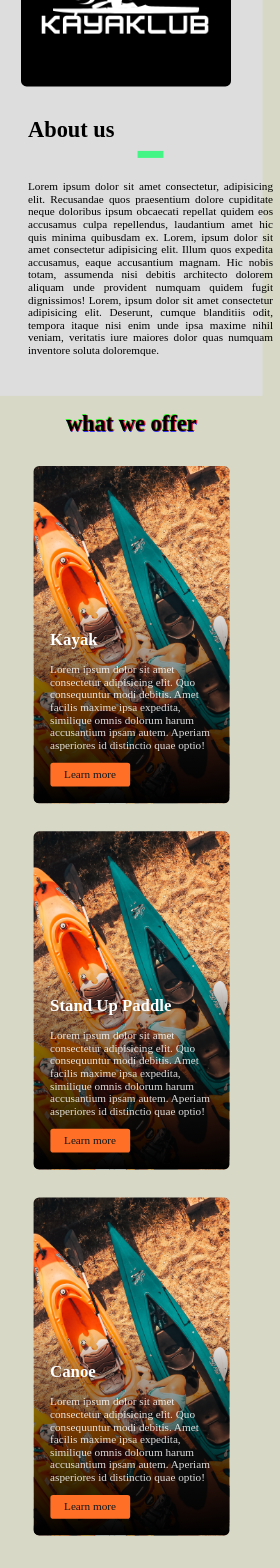
Repository: joseluis2289/Responsive-club-website
Page: index.html
The author's editor kept a copy of each file at every save. The page is drawn from the files as they stood at one save, then again after the next save.
The browser window is 375 px wide. The page is 400 px wide, so the pictures cover 400 px, including what lies to the right of the window. The pictures show the part of the page from y = 1261 to 3501 px (the page is 5266 px tall before and 5246 px after), at 70% of full size.
Some web fonts or font styles are not loaded; a fallback is used.

Above is the page before, as saved 2021-08-25 11:03:14.

### index.html
<!DOCTYPE html>
<html lang="en">
<head>
    <meta charset="UTF-8">
    <meta http-equiv="X-UA-Compatible" content="IE=edge">
    <meta name="viewport" content="width=device-width, initial-scale=1.0">
    <link rel="stylesheet" href="style.css">
    <link rel="preconnect" href="https://fonts.googleapis.com">
<link rel="preconnect" href="https://fonts.gstatic.com" crossorigin>
<link href="https://fonts.googleapis.com/css2?family=Rampart+One&display=swap" rel="stylesheet">
    <script src="script.js" defer></script>
    <title>Responsive-Club-website</title>
</head>
<body>

    <nav class="navbar">
        <!-- hamburger toggle -->
        <div class="brand-title">kayaklub</div>
        <a href="#" class="toggle-button">
            <span class="bar"></span>
            <span class="bar"></span>
            <span class="bar"></span>
        </a>

        <div class="nav-links">
            <ul>
                <li><a href="#">Home</a></li>
                <li><a href="#">About</a></li>
                <li><a href="#">Contact</a></li>
            </ul>
        </div>
    </nav>
<div class="banner"></div>

<section class="welcome">
    <h1 class="discover-title">Discover the city of Leipzig</h1>
    <p class="p-discover">Discover the "water city of Leipzig". No matter whether by paddle <strong>or canoe or rowing boat.</strong>The city and its surroundings are among the most beautiful paddling areas in Saxony. Leipzig offers an incomparable combination of urban flair, unique Wilhelminian style architecture Unesco World Heritage Site and natural paradise Leipzig floodplain forest. Overall, the city has almost 300 km of extensive river and canal landscape.</p>

</section>

<!-- about us section -->
<div class="grid-container-about">
    <!-- <img class="grid-item-img" src="./Cosmetics Discount Sale Landscape Banner.png" alt="about"> -->
    <div class="logo"></div>
    <div class="grid-item-text"><h1><a class="aboutUs-title" href="#">About us</a></h1><p class="aboutUs-text"> Lorem ipsum dolor sit amet consectetur, adipisicing elit. Recusandae quos praesentium dolore cupiditate neque doloribus ipsum obcaecati repellat quidem eos accusamus culpa repellendus, laudantium amet hic quis minima quibusdam ex. Lorem, ipsum dolor sit amet consectetur adipisicing elit. Illum quos expedita accusamus, eaque accusantium magnam. Hic nobis totam, assumenda nisi debitis architecto dolorem aliquam unde provident numquam quidem fugit dignissimos! Lorem, ipsum dolor sit amet consectetur adipisicing elit. Deserunt, cumque blanditiis odit, tempora itaque nisi enim unde ipsa maxime nihil veniam, veritatis iure maiores dolor quas numquam inventore soluta doloremque.</p></div>
</div>



<h1 class="tittle-what-we-offer">what we offer</h1>
<div class="card-container">
    <div class="card">
        <div class="card-content">
        <h2 class="card-title">Kayak</h2>
        <p class="card-body">Lorem ipsum dolor sit amet consectetur adipisicing elit. Quo consequuntur modi debitis. Amet facilis maxime ipsa expedita, similique omnis dolorum harum accusantium ipsam autem. Aperiam asperiores id distinctio quae optio!</p>
        <a href="#" class="button">Learn more</a>
    </div>
    </div>

    <div class="card">
        <div class="card-content">
        <h2 class="card-title"> Stand Up Paddle</h2>
        <p class="card-body">Lorem ipsum dolor sit amet consectetur adipisicing elit. Quo consequuntur modi debitis. Amet facilis maxime ipsa expedita, similique omnis dolorum harum accusantium ipsam autem. Aperiam asperiores id distinctio quae optio!</p>
        <a href="#" class="button">Learn more</a>
    </div>
    </div>


    <div class="card">
        <div class="card-content">
        <h2 class="card-title">Canoe</h2>
        <p class="card-body">Lorem ipsum dolor sit amet consectetur adipisicing elit. Quo consequuntur modi debitis. Amet facilis maxime ipsa expedita, similique omnis dolorum harum accusantium ipsam autem. Aperiam asperiores id distinctio quae optio!</p>
        <a href="#" class="button">Learn more</a>
    </div>
    </div>

</div>

<section class="register">
    <form id="register" action="#">
        <h2 class="register-title">Join us now!</h2>
        <label for="first-name">First-name:</label>
        <br/>
        <input type="text" name="first-name" id='name' placeholder="Enter your name">
        <br/>
        <label for="last-name">Last-name:</label>
        <br/>
        <input type="text" name="last-name" id="name" placeholder="Enter your last name">
        <br/>
        <label for="email">Email:</label>
        <br/>
        <input type="text" name="email" id="name" placeholder="Enter your email">
        <br/>&nbsp;
        <br/> <br/>
    <input type="submit" value="submit" name="submit" id="submit">
    </form>
</section>

<footer class="footer">
    <div class="footer-sections">
        <div class="company">
            <ul>
                <h1 class="company-title">Company</h1>
                <li><a href="#">About Us</a></li>
                <li><a href="#">Privacy policy</a></li>
                <li><a href="#">Affiliate program</a></li>
            </ul>
        </div>
        <div class="get-help">
            <h1 class="help-title">Get Help</h1>
            <ul>
                <li><a href="#">FAQ</a></li>
                <li><a href="#">Our status</a></li>
                <li><a href="#">Payment Options</a></li>
            </ul>
        </div>
        <div class="online-shop">
            <h1 class="shop-title">online-shop</h1>
            <ul >
                <li><a href="#">Watch</a></li>
                <li><a href="#">Bags</a></li>
                <li><a href="#">equitment</a></li>
            </ul>
        </div>
        <div class="follow-us">
            <h1 class="followUs-title">Follow us</h1>
            <ul class="follow-us-list">

              <li><svg xmlns="http://www.w3.org/2000/svg" width="50" height="20" fill="currentColor" class="bi bi-instagram" viewBox="0 0 16 16">
                <path d="M8 0C5.829 0 5.556.01 4.703.048 3.85.088 3.269.222 2.76.42a3.917 3.917 0 0 0-1.417.923A3.927 3.927 0 0 0 .42 2.76C.222 3.268.087 3.85.048 4.7.01 5.555 0 5.827 0 8.001c0 2.172.01 2.444.048 3.297.04.852.174 1.433.372 1.942.205.526.478.972.923 1.417.444.445.89.719 1.416.923.51.198 1.09.333 1.942.372C5.555 15.99 5.827 16 8 16s2.444-.01 3.298-.048c.851-.04 1.434-.174 1.943-.372a3.916 3.916 0 0 0 1.416-.923c.445-.445.718-.891.923-1.417.197-.509.332-1.09.372-1.942C15.99 10.445 16 10.173 16 8s-.01-2.445-.048-3.299c-.04-.851-.175-1.433-.372-1.941a3.926 3.926 0 0 0-.923-1.417A3.911 3.911 0 0 0 13.24.42c-.51-.198-1.092-.333-1.943-.372C10.443.01 10.172 0 7.998 0h.003zm-.717 1.442h.718c2.136 0 2.389.007 3.232.046.78.035 1.204.166 1.486.275.373.145.64.319.92.599.28.28.453.546.598.92.11.281.24.705.275 1.485.039.843.047 1.096.047 3.231s-.008 2.389-.047 3.232c-.035.78-.166 1.203-.275 1.485a2.47 2.47 0 0 1-.599.919c-.28.28-.546.453-.92.598-.28.11-.704.24-1.485.276-.843.038-1.096.047-3.232.047s-2.39-.009-3.233-.047c-.78-.036-1.203-.166-1.485-.276a2.478 2.478 0 0 1-.92-.598 2.48 2.48 0 0 1-.6-.92c-.109-.281-.24-.705-.275-1.485-.038-.843-.046-1.096-.046-3.233 0-2.136.008-2.388.046-3.231.036-.78.166-1.204.276-1.486.145-.373.319-.64.599-.92.28-.28.546-.453.92-.598.282-.11.705-.24 1.485-.276.738-.034 1.024-.044 2.515-.045v.002zm4.988 1.328a.96.96 0 1 0 0 1.92.96.96 0 0 0 0-1.92zm-4.27 1.122a4.109 4.109 0 1 0 0 8.217 4.109 4.109 0 0 0 0-8.217zm0 1.441a2.667 2.667 0 1 1 0 5.334 2.667 2.667 0 0 1 0-5.334z"/>
              </svg></li>
              <li>

                  <svg xmlns="http://www.w3.org/2000/svg" width="50" height="20" fill="currentColor" class="bi bi-facebook" viewBox="0 0 16 16">
                    <path d="M16 8.049c0-4.446-3.582-8.05-8-8.05C3.58 0-.002 3.603-.002 8.05c0 4.017 2.926 7.347 6.75 7.951v-5.625h-2.03V8.05H6.75V6.275c0-2.017 1.195-3.131 3.022-3.131.876 0 1.791.157 1.791.157v1.98h-1.009c-.993 0-1.303.621-1.303 1.258v1.51h2.218l-.354 2.326H9.25V16c3.824-.604 6.75-3.934 6.75-7.951z"/>
                  </svg>
              </li>
              <li>

                  <svg xmlns="http://www.w3.org/2000/svg" width="20" height="20" fill="currentColor" class="bi bi-youtube" viewBox="0 0 16 16">
                    <path d="M8.051 1.999h.089c.822.003 4.987.033 6.11.335a2.01 2.01 0 0 1 1.415 1.42c.101.38.172.883.22 1.402l.01.104.022.26.008.104c.065.914.073 1.77.074 1.957v.075c-.001.194-.01 1.108-.082 2.06l-.008.105-.009.104c-.05.572-.124 1.14-.235 1.558a2.007 2.007 0 0 1-1.415 1.42c-1.16.312-5.569.334-6.18.335h-.142c-.309 0-1.587-.006-2.927-.052l-.17-.006-.087-.004-.171-.007-.171-.007c-1.11-.049-2.167-.128-2.654-.26a2.007 2.007 0 0 1-1.415-1.419c-.111-.417-.185-.986-.235-1.558L.09 9.82l-.008-.104A31.4 31.4 0 0 1 0 7.68v-.123c.002-.215.01-.958.064-1.778l.007-.103.003-.052.008-.104.022-.26.01-.104c.048-.519.119-1.023.22-1.402a2.007 2.007 0 0 1 1.415-1.42c.487-.13 1.544-.21 2.654-.26l.17-.007.172-.006.086-.003.171-.007A99.788 99.788 0 0 1 7.858 2h.193zM6.4 5.209v4.818l4.157-2.408L6.4 5.209z"/>
                  </svg>
              </li>
            </ul>
        </div>
    </div>
</footer>
</body>
</html>

### style.css
:root{
    --clr-neutral-900: hsl(207,19%,9%);
    --crl-neutral-100: hsl(0,0%,100%);
    --crl-accent-400: hsl(142, 90%, 61%);
    --crl-accent-300: hsl(20.18, 100%, 57.45%);

}

*,
*::before,
*::after {
    box-sizing: border-box;
}


*{
    box-sizing: border-box;
}

body{
    margin: 0;
    border: 0;
    background-color:#D7D9C6;
}

.navbar{
    display: flex;
    justify-content: space-between;
    align-items: center;
    background-color: #333;
    color: white;
    font-family: 'Poppins', sans-serif;

}

.brand-title{
    font-size: 1.6rem;
    margin: .5rem;
    text-transform: uppercase;
    letter-spacing: 4px;
    -webkit-box-shadow: 0 10px 6px -6px rgb(80, 73, 73);
    -moz-box-shadow:0 10px 6px -6px rgb(114, 110, 110);
    box-shadow: 0 10px 6px -6px rgb(136, 133, 133);
    border-radius:10px;
}

.nav-links ul {
    margin: 0;
    padding: 0;
    display: flex;
}
.nav-links li {
    list-style: none;
}

.nav-links li a {
    text-decoration: none;
    color: white;
    padding: 1rem;
    display: block;
}
.nav-links li:hover{
    background-color:#555;
}

.toggle-button {
    position: absolute;
    top: .75rem;
    right: 1rem;
    display: none;
    flex-direction: column;
    justify-content: space-between;
    width: 30px;
    height: 22px;
}

.toggle-button .bar {
    height: 3px;
    width: 100%;
    background-color: white;
    border-radius: 10px;
}

.banner{
    background-image: url("/Cosmetics\ Discount\ Sale\ Landscape\ Banner.png");
    background-repeat: no-repeat;
    background-position: cover;
    background-size: 100% 100vh;
    height: 100vh;
}

/* discover the city of Leipzig */
.welcome{
    text-align: center;
    height: 30vh;
    width:auto;
    margin: auto;
    padding: 50px;

}
.p-discover{
    text-align: justify;
    text-justify: inter-word;



}
.discover-title{
    display: block;
    position: relative;
    cursor: pointer;
    font-family: 'Rampart One', cursive;
}
.discover-title::after{
    content:"";
    position: absolute;
    left: 690px;
    background: var(--crl-accent-400);
    display: block;
    border: 0;
    margin: 0.5rem 0;
    width:300px;
    height: 10px;
    transform: scaleX(0.1);
    transition: transform 0.4s ease;

}

.discover-title:hover:after,
.discover-title:active:after{
    transform: scaleX(1);
    transform-origin: left;
    transition: transform 0.5s ease;
}


.grid-container-about{
    background-color: #ddd;
    display: grid;
    grid-template-columns: auto auto;
    padding: 30px;
    column-gap:20px;
    /* display: flex;
    justify-content:space-around ; */

}
/* .grid-item-img{
    margin: 0 0 0 auto;
    width: 500px;
    height: 40vh;
    border-radius:10px;

} */

.logo{
    background-image: url(./logo.png);
    background-size: cover;
    padding: 12rem 0 0;
    border-radius: 0.5rem;
    margin: 0 0 0 auto;
    width: 300px;
    height: 30vh;
}
.aboutUs-text{
    width: 600px;
}

/* about us  */

.aboutUs-title{
    font-family: 'Rampart One', cursive;
color: #000;
text-decoration: none;
border: 0;
margin: 0.5rem 0;
line-height: 1.9;
display: block;
position: relative;
}

.aboutUs-title:after{
    position: absolute;
    content: "";
    background: var(--crl-accent-400);
    display: block;
    left:0;
    bottom:0;
    line-height: 1.4;
    width:100%;
    height: 10px;
    transform: scaleX(0.1);
    transition: transform 0.4s ease;

}

.aboutUs-title:hover:after,
.aboutUs-title:active:after{
    transform: scaleX(1);
    transform-origin: left bottom;
    transition: transform 0.5s ease;
}


/* what we offer cards */
/* .tittle-what-we-offer{
    color: #000;
text-decoration: none;
border: 0;
margin: 2rem 0;
line-height: 1.9;
display: block;
position: relative;
}
.tittle-what-we-offer::after{
    position: absolute;
    content: "";
    background: var(--crl-accent-400);
    display: block;
    left:800px;
    bottom:0;
    line-height: 1.4;
    width:200px;
    height: 10px;
    transform: scaleX(0.5);
    transition: transform 0.4s ease;
}
.tittle-what-we-offer:hover:after,
.tittle-what-we-offer:active:after{
    transform: scaleX(1);
    transform-origin: left bottom;
    transition: transform 0.5s ease;
} */


.tittle-what-we-offer {
    text-align: center;
     font-family: 'Rampart One', cursive;
    font-size: 2rem;
    /* text-transform: uppercase; */

    text-shadow: 0.05em 0 0 rgba(255, 0,0, 0.75),
    -0.025em -0.05em 0 rgba(0, 255, 0, 0.75),
    0.025em 0.05em 0 rgba(0, 0, 255, 0.75);
    animation: glitch 2500ms infinite;
}

@keyframes glitch {
    0%{
        text-shadow: 0.05em 0 0 rgba(255, 0,0, 0.75),
        -0.025em -0.05em 0 rgba(0, 255, 0, 0.75),
        0.025em 0.05em 0 rgba(0, 0, 255, 0.75);
    }
    15%{
        text-shadow: 0.05em 0 0 rgba(255, 0,0, 0.75),
        -0.025em -0.05em 0 rgba(0, 255, 0, 0.75),
        0.025em 0.05em 0 rgba(0, 0, 255, 0.75);
    }

    49%{
        /* text-shadow: -0.05em -0.025 rgba(255, 0,0, 0.75),
        0.025em 0.05em 0 rgba(0, 255, 0, 0.75),
        -0.025em -0.05em 0 rgba(0, 0, 255, 0.75); */
        text-shadow: 0.05em 0 0 rgba(255, 0,0, 0.75),
        -0.025em -0.05em 0 rgba(0, 255, 0, 0.75),
        0.025em 0.05em 0 rgba(0, 0, 255, 0.75);
    }
    50%{
        /* text-shadow: 0.025em 0.05em 0 rgba(255, 0,0, 0.75),
        0.05em 0 0 rgba(0, 255, 0, 0.75),
        0 -0.05em 0 rgba(0, 0, 255, 0.75); */
        text-shadow: 0.05em 0 0 rgba(255, 0,0, 0.75),
        -0.025em -0.05em 0 rgba(0, 255, 0, 0.75),
        0.025em 0.05em 0 rgba(0, 0, 255, 0.75);
    }
    99%{
        text-shadow: 0.025em 0.05em 0 rgba(255, 0,0, 0.75),
        0.05em 0 0 rgba(0, 255, 0, 0.75),
        0 -0.05em 0 rgba(0, 0, 255, 0.75);
    }
    100%{
        text-shadow: 0.05em 0 0 rgba(255, 0,0, 0.75),
        -0.025em -0.05em 0 rgba(0, 255, 0, 0.75),
        0.025em 0.05em 0 rgba(0, 0, 255, 0.75);
    }
}

.card-container{
    display: flex;
    justify-content: space-evenly;
    width: 100%;

}

.card{

    color: var(--crl-neutral-100);
    background-image: url(./we-offer.jpg);
    background-size: cover;
    padding: 12rem 0 0;
    /* ch is 35 character wide */
    max-width: 35ch;
    border-radius: 0.5rem;
    overflow: hidden;
    transition: transform 500ms ease;

}

.card:hover{
    transform: scale(1.05);
}



.card-content{
    /* this variable only exist within the card content */
    --padding: 1.5rem;
    padding: var(--padding);
    /* here im appying some saturation and opacity of the backgroud card in order to kind of fade it out */
    background: linear-gradient(
        hsl(0 0% 0% / 0),
        hsl(0 0% 0% / 0.3) 20%,
        hsl(0 0% 0% / 1)
    );
}

.card-title{
    position: relative;
    /* max-content it line up the with of the title */
    width: max-content;


}

.card-title::after{
    content:"";
    position: absolute;
    height: 4px;
    /* here I'm moving the green bar to the left in order to animate */
    left: calc(var(--padding) * -1 );
    bottom: 0;
    width: calc(100% + var(--padding));
    background: var(--crl-accent-400);
    /* here I'm animating the green bar from left to right */
    transform-origin: left;
    transform: scaleX(0);
    transition: transform 500ms ease;
}

.card:hover .card-title::after{
    transform: scaleX(1);
}

.card-body{
    color: rgb(255 255 255 / 0.85);
}

.button{
    cursor:pointer;
    display: inline-block;
    padding: 0.5em 1.3em;
    text-decoration: none;
    color: var(--clr-neutral-900);
    background-color: var(--crl-accent-300);
    padding: 0.5em 1.25em;
    border-radius: 0.25em;
}


.button:hover,
.button:focus {
    background-color: var(--crl-neutral-100);
}

/* register */
.register-title{
    font-family: 'Rampart One', cursive;
    text-align: center;
    padding: 20px;

}
#register{

    background-color:rgba(0, 0, 0, 0.05);
    width: 600px;
    font-size: 18px;
    border-radius:10px;
    border:1px solid rgba(214, 210, 210, 0.3);
    box-shadow: 2px 2px 15px;
    color:rgb(24, 21, 21);
    margin: 50px auto;
    text-align: center;
    padding: 20px;
    transition: transform 500ms ease;

}
#register:hover{
    transform: scale(1.05);

    transition: 0.3s;
}
label{
    font-family:'Poppins', sans-serif;
    font-size: 18px;
}
input#name{
    width: 300px;
    border: 1px solid #ddd;
    border-radius: 3px;
    outline: 0;
    padding: 7px;
    background-color: #fff;
    box-shadow: inset 1px 1px 5px
    rgba(0,0,0,0.3);
}


input#submit{
    width: 200px;
    padding: 7px;
    font-size: 16px;
    font-family: sans-serif;
    font-weight: 600;
    border: none;
    border-radius:3px;
    background-color:rgba(250, 100, 0, 0.8);
    color:black;
    cursor:pointer;
    border:1px solid rgba(255, 255, 255, 0.3);
    box-shadow: 1px 1px 5px rgba(0, 0, 0, 0.3);
    margin-bottom: 20px;
}

input#submit:hover,
input#submit:focus {
    background-color: var(--crl-neutral-100);
}


/* footer */
.footer{
    width: 100%;
    height: 40vh;
    background-color:#000;
    color:whitesmoke;
}
.footer-sections{
    display: flex;
    justify-content: space-around;

}
.company-title{
    color:var(--crl-accent-300);
}
.company ul{
    margin: 0;
    padding: 0;
}
.company li{
    list-style: none;
}
.company li a {
    text-decoration: none;
    color: white;
    padding: 1rem;
    display: block;
}
.help-title{
    color:var(--crl-accent-300);
}
.get-help ul{
    margin: 0;
    padding: 0;
}

.get-help li{
    list-style: none;
}
.get-help li a {
    text-decoration: none;
    color: white;
    padding: 1rem;
    display: block;
}

.shop-title{
    color: var(--crl-accent-300);
}

.online-shop ul{
    margin: 0;
    padding: 0;
}
.online-shop li{
    list-style: none;
}

.online-shop li a {
    text-decoration: none;
    color: white;
    padding: 1rem;
    display: block;
}

.followUs-title{
    color:var(--crl-accent-300);
}
.follow-us-list{
    display: flex;

}
.follow-us-list li{
    list-style: none;
}

 @media(min-width: 320px) and (max-width: 600px){

   .toggle-button{
        display: flex;
    }

    .nav-links{
        display: none;
        width: 100%;
    }

    .navbar{
        flex-direction: column;
        align-items: flex-start;
        width: 100%;
    }

    .nav-links ul {
        width: 100%;
        flex-direction: column;

    }
    .nav-links li {
        text-align: center;
    }
    .nav-links li a {
        padding: .5rem 1rem;
    }
    .nav-links.active{
        display: flex;

    }


    .banner{
        background-image: url("/Cosmetics\ Discount\ Sale\ Landscape\ Banner.png");
        background-repeat: no-repeat;
        background-position: cover;
        background-size: 100% 100vh;
        height: 80vh;
        width: 100%;
    }
    .discover-title::after{
        left: 20px;
    }

    .p-discover{
        text-align: justify;
        text-justify: inter-word;
        padding: 20px;

    }
    .grid-container-about{
        margin: 160px 0 0px 0px;
        background-color: #ddd;
        display: grid;
        grid-template-columns: 1fr;

    }
    .logo{
        background-image: url(./logo.png);
        background-size: cover;
        padding: 12rem 0 0;
        border-radius: 0.5rem;
        margin: 30px 70px 0 auto;
        width: 300px;
        height: 30vh;
    }
    .aboutUs-title{
        padding: 10px;
    }
    .aboutUs-text{
        text-align: justify;
        text-justify: inter-word;
        width: 370px;
        padding: 10px;


    }
    .card-container{
        display: flex;
        flex-direction: column;


    }
    .card{
        margin: 20px auto;
    }


    #register{
        width: 300px;
    }

    input#name{
        width: 200px;
    }
    .footer{
        width: 100%;
        height: 160vh;
        background-color:#000;
        color:var(--clr-neutral-900);
    }
    .footer-sections{
        display: flex;
        flex-direction: column;
        align-items: center;
        justify-content: center;


    }


}



@media (min-width: 601px) and (max-width: 767px){
    .navbar{
        width: 100%;
        flex-direction: row;
        justify-content: space-around;
        align-content: center;
    }
    .banner{
        background-image: url("/Cosmetics\ Discount\ Sale\ Landscape\ Banner.png");
        background-repeat: no-repeat;
        background-position:cover;
        background-size: 100% 100vh;
        height: 100vh;
        width: 100%;
    }

    .discover-title::after{
        left: 260px;
        margin: 0 0 30px;

    }
    .discover-title{
        width: 800px;
        text-align: center;
    }
    .p-discover{
        text-align: justify;
        text-justify: inter-word;
        width: 700px;
        padding: 0.7em 5em;
        margin:20px 0 0 60px;
        font-size: 20px;

    }
    .grid-container-about{
        width: 800px;
        margin: 150px 0;
        background-color: #ddd;
        display: grid;
        grid-template-columns: 1fr;
        padding: 90px;
    }
    .aboutUs-text{
        text-align: justify;
        text-justify: inter-word;
        width: 550px;
    }
    .card-container{
        display: flex;
        flex-direction: column;
    }
   .card{
  font-size: larger;
   margin: 0 0 30px 100px;

   }
   #register{
   font-size: 30px;
   margin:10px auto 25px 70px;

}

input#name{
    width: 300px;

}
label{
    font-family:'Poppins', sans-serif;

}

.footer{
    width: 100%;
    height: 100vh;
    background-color:#000;
    color:var(--clr-neutral-900);
}
.footer-sections{
    display: flex;
    flex-direction: column;
    align-items: center;
    justify-content: center;
}
}

@media (min-width: 768px) and (max-width: 1024px){

    .discover-title::after{
        left: 250px;
        margin: 0 0 30px;

    }
    .discover-title{
        width: 800px;
        text-align: center;
    }
    .p-discover{
        text-align: justify;
        text-justify: inter-word;
        width: 790px;
        padding: 0.7em 5em;
        margin:20px 0 0 10px;
        font-size: 20px;

    }

    .grid-container-about{


        background-color: #ddd;
        display: grid;
        grid-template-columns: 1fr 1fr;

    }
.grid-item-text{
    margin: 0 0 0 30px;
}

.card-container{
    display: flex;

    justify-content: space-between;

}
.card{
    margin: 0 10px 0px 30px;
}
.footer{
    width: 100%;
    height: 100vh;
    background-color:#000;
    color:var(--clr-neutral-900);
}
.footer-sections{
    display: flex;
    flex-direction: row;
    align-items: center;
    justify-content: center;
}

}

### script.js
const toggleButton = document.getElementsByClassName("toggle-button")[0]
const navBarLinks = document.getElementsByClassName("nav-links")[0]

toggleButton.addEventListener("click", () =>{
    // toggle the active class so If the active class does exist it will add it and viceversa
    navBarLinks.classList.toggle("active")
}
)

After the next save:
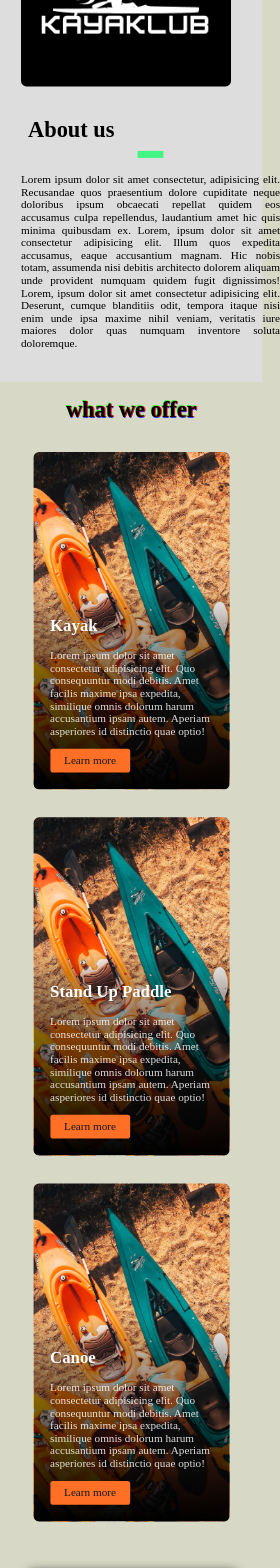
Saved 19 s later.
--- a/style.css
+++ b/style.css
@@ -587,7 +587,7 @@
         text-align: justify;
         text-justify: inter-word;
         width: 370px;
-        padding: 10px;
+        padding: 0px;
 
 
     }

After the save that followed:
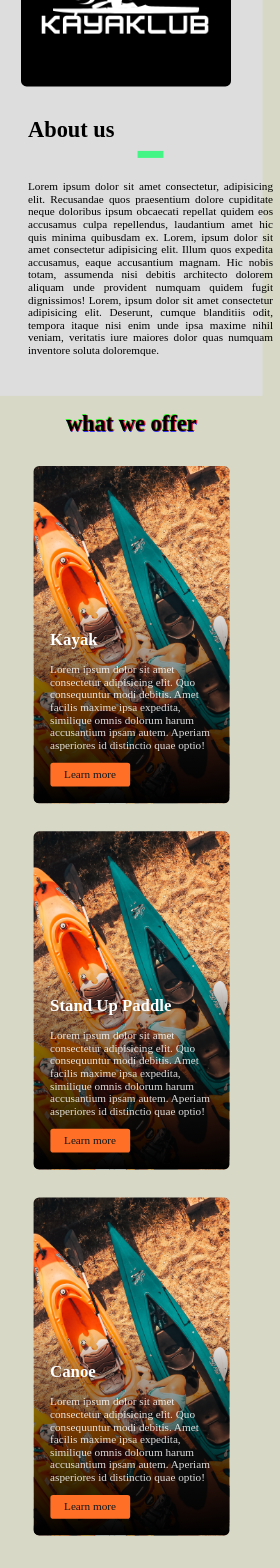
Saved 4 s later.
--- a/style.css
+++ b/style.css
@@ -587,7 +587,7 @@
         text-align: justify;
         text-justify: inter-word;
         width: 370px;
-        padding: 0px;
+        padding: 10px;
 
 
     }
